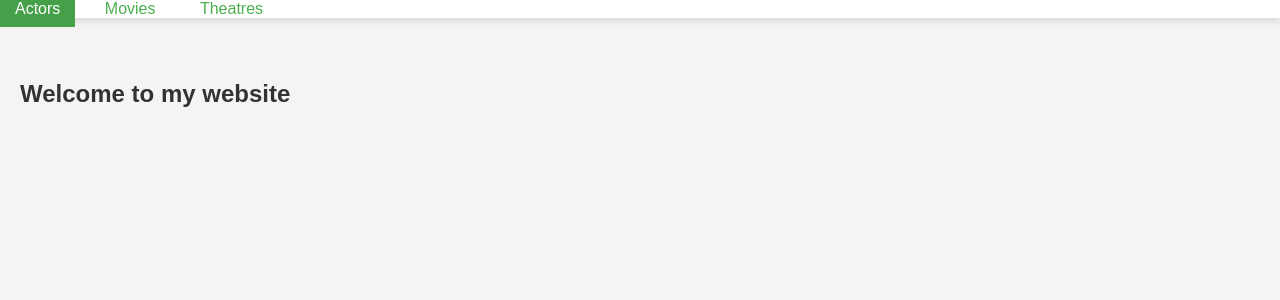
Repository: Rohit-Sarkar55/microservice-Springboot
Page: http://localhost/movie-web/views/navbar.jsp
These files come from the project's save history. The page is drawn as it stood at one moment and after the next save; the edit follows.
The browser window is 1280 px wide. The pictures show the whole page.
The page is served by Tomcat 9. Other server files are loaded and not shown.

Above is the page before, as saved 2024-01-18 08:40:15.

### movie-web/src/main/webapp/views/navbar.jsp
<%@ page language="java" contentType="text/html; charset=ISO-8859-1"
    pageEncoding="ISO-8859-1"%>
<!DOCTYPE html>
<html>
<head>
<meta charset="ISO-8859-1">
<title>Insert title here</title>
	<style>
        body {
            font-family: Arial, sans-serif;
            background-color: #f4f4f4;
            margin: 20px;
        }

        h2 {
            color: #333;
        }

        nav {
            position: fixed;
            top: 0;
            left: 0;
            width: 100%;
            background-color: #fff; /* Add background color for better visibility */
            box-shadow: 0 4px 6px rgba(0, 0, 0, 0.1);
            z-index: 1000; /* Ensure the navbar appears above other content */
            margin-bottom: 20px;
        }

        nav a {
            text-decoration: none;
            padding: 10px 15px;
            margin-right: 10px;
            color: #4CAF50;
        }

        nav a:hover {
            background-color: #45a049;
            color: white;
        }

        /* Add padding to the body to account for the fixed navbar */
        body {
            padding-top: 40px;
        }
    </style>
</head>
<body>
	<nav>
		<a href="actors">Actors</a>
		<a href="movies">Movies</a>
		<a href="theatres">Theatres</a>
	</nav>

	<h2>Welcome to my website</h2>

	<!-- Your content goes here -->

</body>
</html>

After the next save:
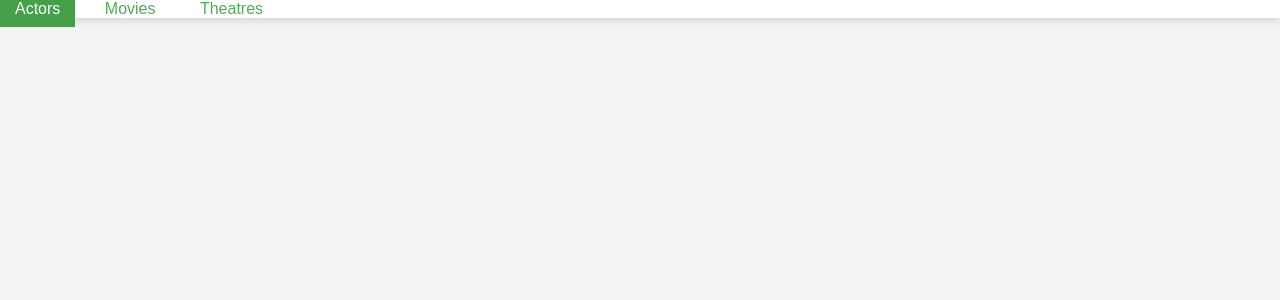
Saved 11 s later.
--- a/movie-web/src/main/webapp/views/navbar.jsp
+++ b/movie-web/src/main/webapp/views/navbar.jsp
@@ -52,7 +52,7 @@
 		<a href="theatres">Theatres</a>
 	</nav>
 
-	<h2>Welcome to my website</h2>
+
 
 	<!-- Your content goes here -->
 
